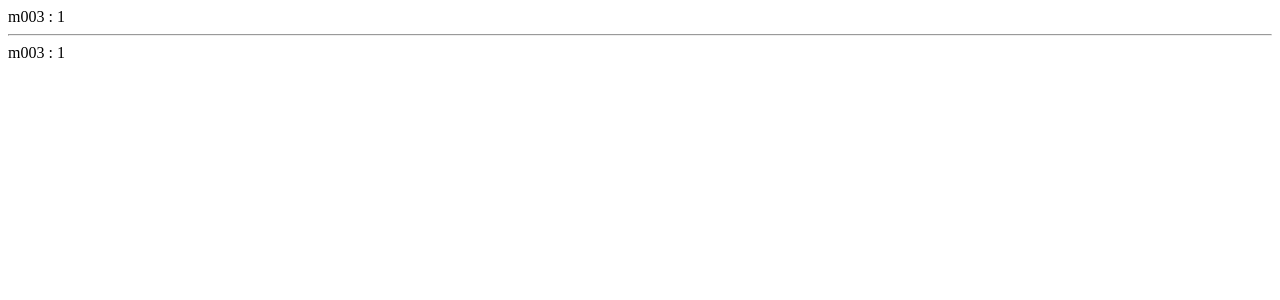
Repository: sanghshlsh/workspace_jsp
Page: http://localhost/Test060201/NewFile6.jsp
These files come from the project's save history. The page is drawn as it stood at one moment and after the next save; the edit follows.
The browser window is 1280 px wide. The pictures show the whole page.
The page is served by Tomcat 9. Nobody is signed in. The application's start-up code is not run. Other server files are loaded and not shown.

Above is the page before, as saved 2020-06-02 02:34:41.

### Test060201/WebContent/NewFile6.jsp
<%@ page language="java" contentType="text/html; charset=UTF-8"
    pageEncoding="UTF-8"%>
<%@ taglib uri="http://java.sun.com/jsp/jstl/core" prefix="c"%>
<%@ taglib uri="http://java.sun.com/jsp/jstl/fmt" prefix="fmt" %>
<%@ taglib uri="http://java.sun.com/jsp/jstl/functions" prefix="fn" %>
 <jsp:useBean id="login" class="com.naver.LoginBean"/>
 <jsp:setProperty property="id" name="login" value="m003"/>
 <jsp:setProperty property="pw" name="login" value="1"/>
<!DOCTYPE html>
<html>
<head>
<meta charset="UTF-8">
<title>Insert title here</title>
</head>
<body>
<%= login.getId() %> : <%= login.getPw() %>
<hr>
${login.id } : ${login.pw }

</body>
</html>

### Test060201/src/com/naver/LoginBean.java
package com.naver;

public class LoginBean {
	private String id;
	private String pw;

	public LoginBean() {
		// TODO Auto-generated constructor stub
	}

	public String getId() {
		return id;
	}

	public void setId(String id) {
		this.id = id;
	}

	public String getPw() {
		return pw;
	}

	public void setPw(String pw) {
		this.pw = pw;
	}

	@Override
	public int hashCode() {
		final int prime = 31;
		int result = 1;
		result = prime * result + ((id == null) ? 0 : id.hashCode());
		result = prime * result + ((pw == null) ? 0 : pw.hashCode());
		return result;
	}

	@Override
	public boolean equals(Object obj) {
		if (this == obj)
			return true;
		if (obj == null)
			return false;
		if (getClass() != obj.getClass())
			return false;
		LoginBean other = (LoginBean) obj;
		if (id == null) {
			if (other.id != null)
				return false;
		} else if (!id.equals(other.id))
			return false;
		if (pw == null) {
			if (other.pw != null)
				return false;
		} else if (!pw.equals(other.pw))
			return false;
		return true;
	}

	public LoginBean(String id, String pw) {
		super();
		this.id = id;
		this.pw = pw;
	}
//	javaBean class는 사용자 생성자를 사용할 수 없다.




}

After the next save:
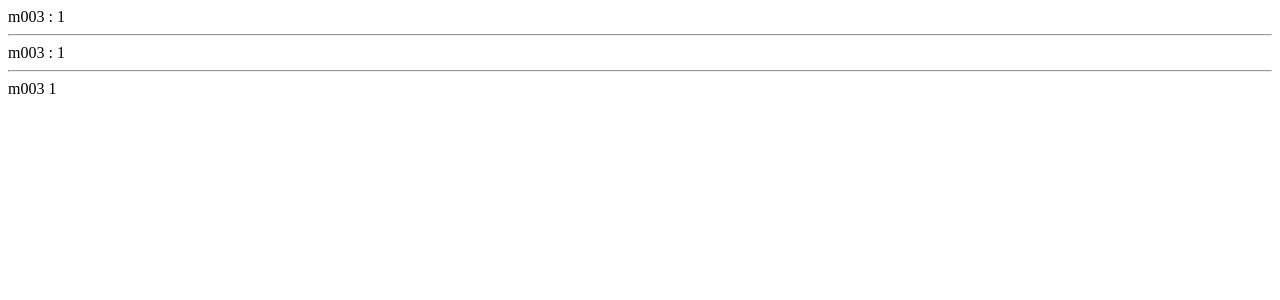
Saved 2 min 11 s later.
--- a/Test060201/WebContent/NewFile6.jsp
+++ b/Test060201/WebContent/NewFile6.jsp
@@ -16,6 +16,8 @@
 <%= login.getId() %> : <%= login.getPw() %>
 <hr>
 ${login.id } : ${login.pw }
-
+<hr>
+<jsp:getProperty property="id" name="login"/>
+<jsp:getProperty property="pw" name="login"/>
 </body>
 </html>
